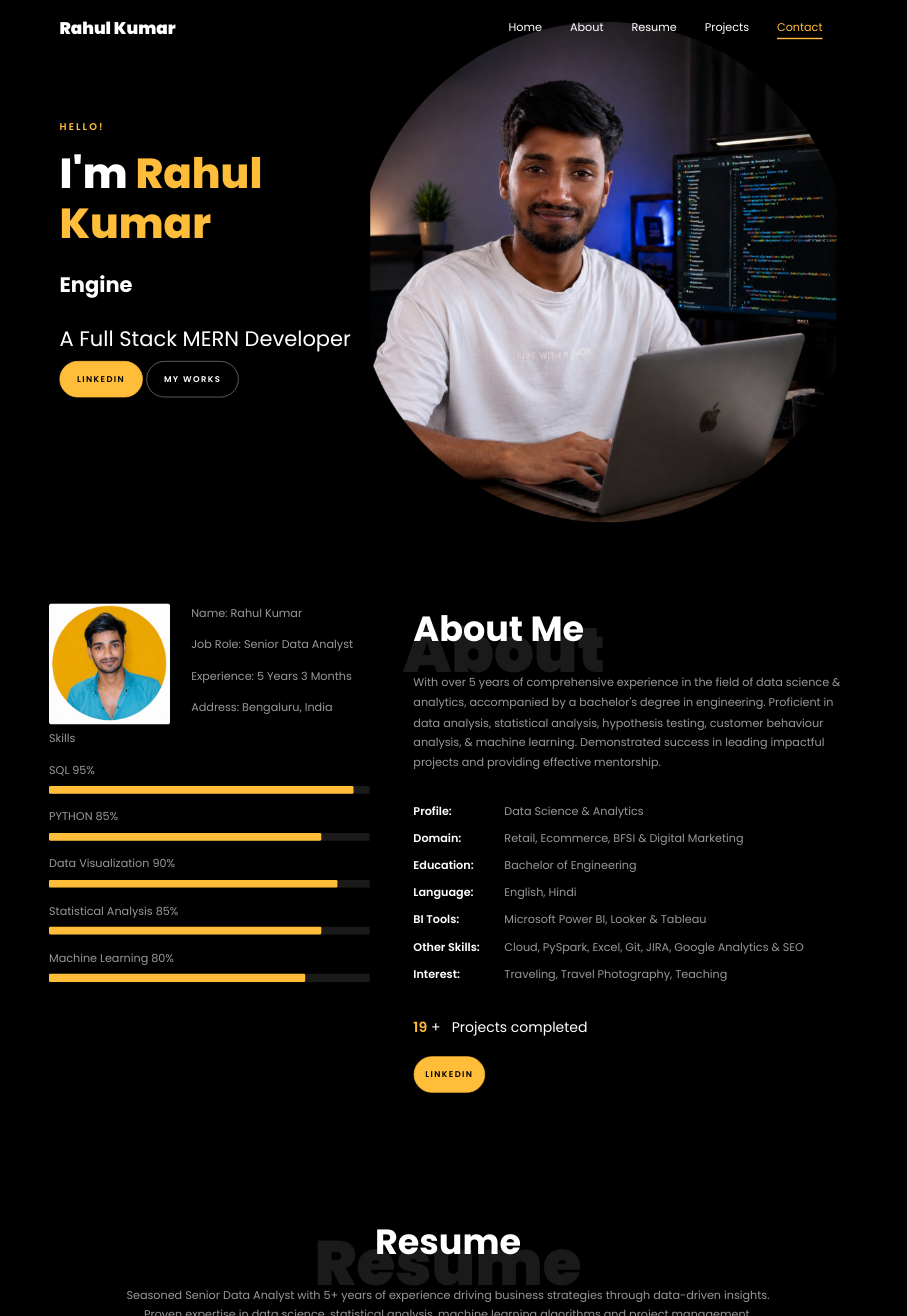
Repository: Rahul70079/Rahul-Kumar-Portfolio
Page: Portfolio/index.html
The author's editor kept a copy of each file at every save. The page is drawn from the files as they stood at one save, then again after a run of saves.
The browser window is 1280 px wide. The page is 1295 px wide, so the pictures cover 1295 px, including what lies to the right of the window. The pictures show the part of the page from y = 0 to 1880 px (the page is 6242 px tall), at 70% of full size.

Above is the page before, as saved 2026-06-12 12:39:31.
Console error (its wording comes from the project's code and is left out).

After the next 2 saves:
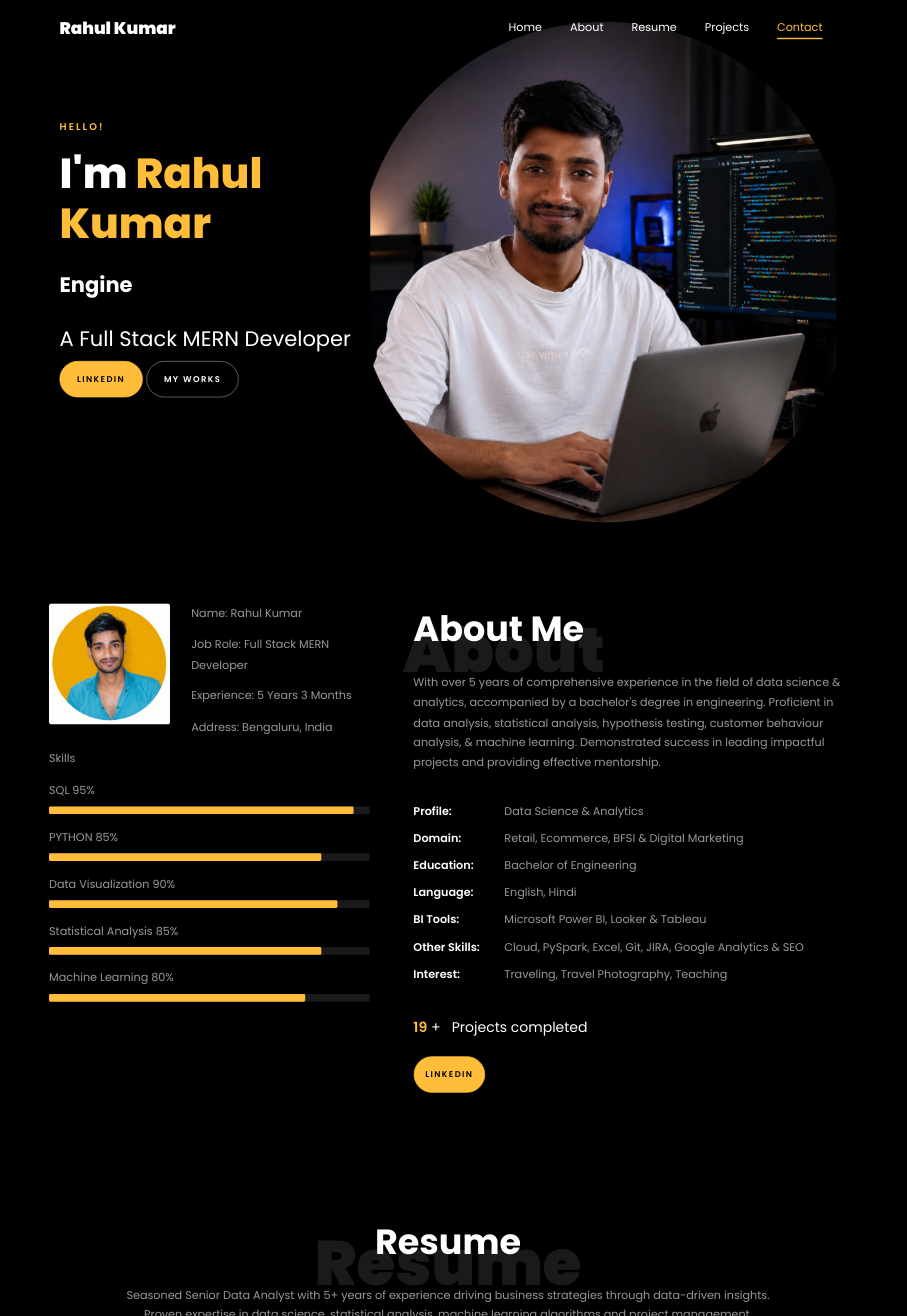
The 2 saves are shown as one change because they came seconds apart.
The last was saved 25 s later.
--- a/Portfolio/index.html
+++ b/Portfolio/index.html
@@ -220,7 +220,7 @@
 									<div class="col-sm-6 col-md-7">
 									  <div class="about-info">
 										<p><span class="title-s">Name: </span> <span>Rahul Kumar</span></p>
-										<p><span class="title-s">Job Role: </span> <span>Senior Data Analyst</span></p>
+										<p><span class="title-s">Job Role: </span> <span>Full Stack MERN Developer </span></p>
 										<p><span class="title-s">Experience: </span> <span>5 Years 3 Months</span></p>
 										<p><span class="title-s">Address: </span> <span>Bengaluru, India</span></p>
 									  </div>
